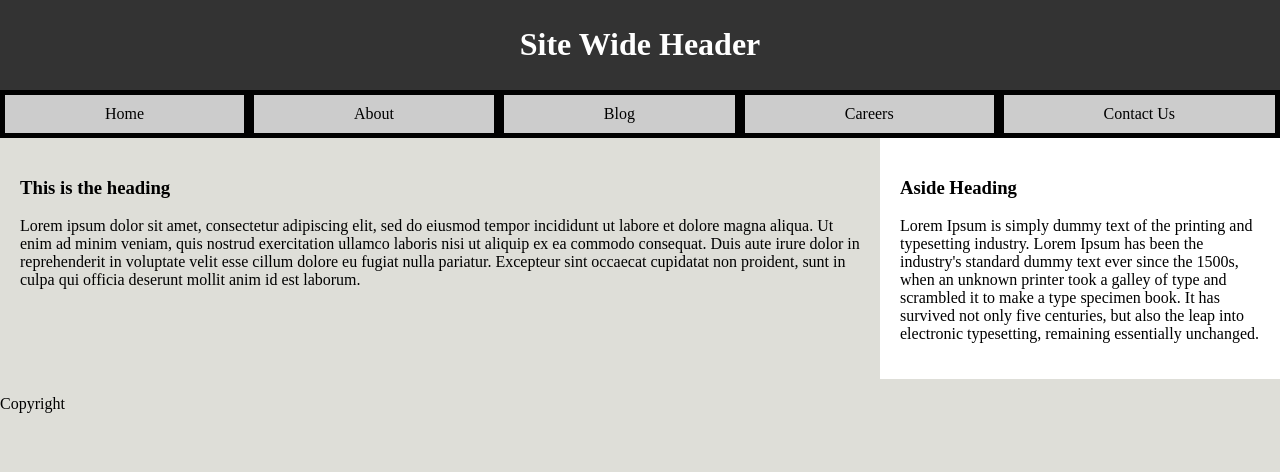
Repository: ayeza-baseer/AssignmentFlexbox
Page: assignment.html
These files come from the project's save history. The page is drawn as it stood at one moment and after the next save; the edit follows.
The browser window is 1280 px wide. The pictures show the whole page.

Above is the page before, as saved 2023-03-17 14:28:49.

### assignment.html
<!DOCTYPE html>
<html lang="en">
<head>
    <title>Assignment</title>
    <link rel="stylesheet" href="assignment.css">


</head>
<body>
<div>
    <header class="header"><h1>
        Site Wide Header
    </h1></header>
    <div class="navbar">
        <a href="#">Home</a>
        <a href="#">About</a>
        <a href="#">Blog</a>
        <a href="#">Careers</a>
        <a href="#">Contact Us</a>
      </div>
    <div class="row">
      <div class="main">
        <h3>This is the heading</h3>
        <p>Lorem ipsum dolor sit amet, consectetur adipiscing elit, sed do eiusmod tempor incididunt ut labore et dolore magna aliqua. Ut enim ad minim veniam, quis nostrud exercitation ullamco laboris nisi ut aliquip ex ea commodo consequat. Duis aute irure dolor in reprehenderit in voluptate velit esse cillum dolore eu fugiat nulla pariatur. Excepteur sint occaecat cupidatat non proident, sunt in culpa qui officia deserunt mollit anim id est laborum.</p>
      </div>
      <div class="aside">
        <h3>Aside Heading</h3>
        <p>Lorem Ipsum is simply dummy text of the printing and typesetting industry. Lorem Ipsum has been the industry's standard dummy text ever since the 1500s, when an unknown printer took a galley of type and scrambled it to make a type specimen book. It has survived not only five centuries, but also the leap into electronic typesetting, remaining essentially unchanged.</p>
      </div>
    </div>
</div>

<footer>
    <p>Copyright</p>
</footer>

</body>
</html>

### assignment.css
.header {
  padding: 5px;
  background-color: #333;
  color: #ccc;

  text-align: center;

  color: white;
}

body {
  margin: 0;
  background-color: #deded8;
}

.navbar {
  display: flex;
  background-color: black;
}

.navbar a {
  color: black;

  background-color: #ccc;
  padding: 10px 12px;
  text-decoration: none;
  text-align: center;
  flex-grow: 1;
  border: 5px solid black;
}

.navbar a:hover {
  color: red;
  border: 5px solid red;
}

.row {
  display: flex;
  flex-direction: row;
}

.aside {
  flex: 1 1 30%;
  background-color: white;

  padding: 20px;
}

/* Main column */
.main {
  flex: 1 1 70%;
  padding: 20px;
}

.footer {
    padding: 20px;
    text-align: center;
    background: #ddd;
  }

After the next save:
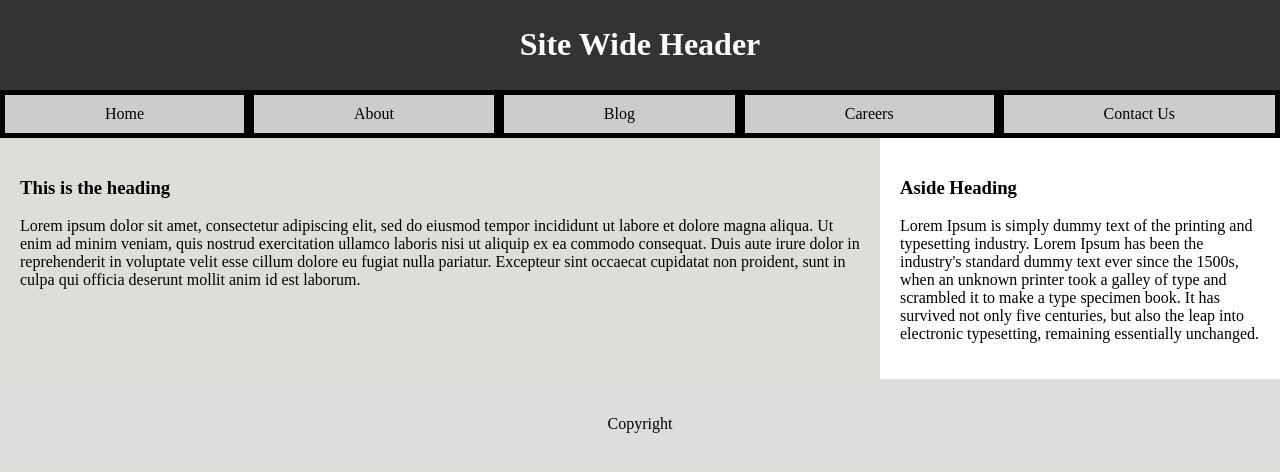
Saved 14 s later.
--- a/assignment.html
+++ b/assignment.html
@@ -30,7 +30,7 @@
     </div>
 </div>
 
-<footer>
+<footer class="footer">
     <p>Copyright</p>
 </footer>
 
